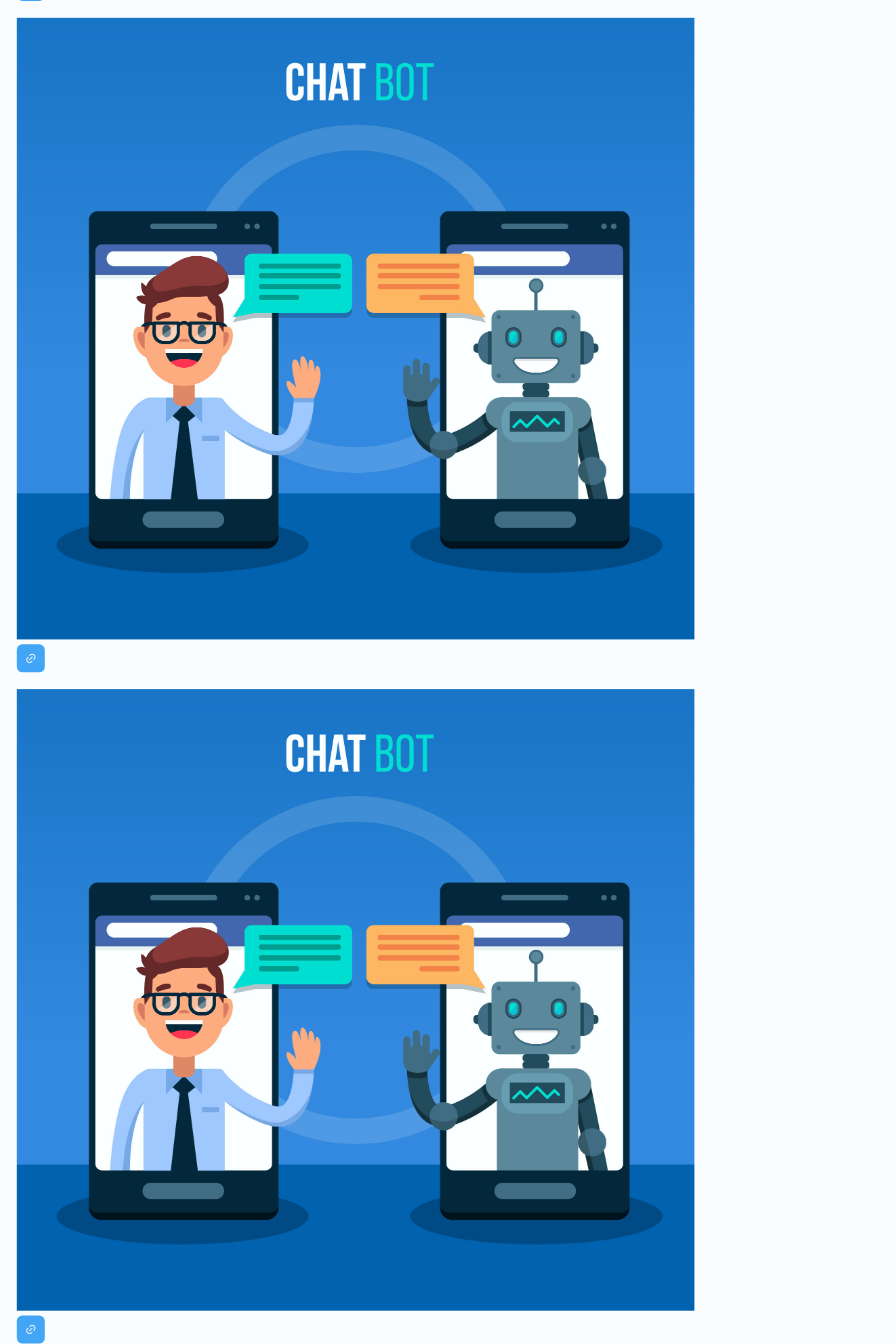
Repository: Kaii-Dev/Porfolio
Page: index.html
These files come from the project's save history. The page is drawn as it stood at one moment and after the next save; the edit follows.
The browser window is 1280 px wide. The pictures show the part of the page from y = 3508 to 5428 px (the page is 5428 px tall before and 4469 px after), at 70% of full size.
A picture or video elsewhere on the page could not be fetched, so the positions and the page height are approximate. Some web libraries are served in a nearby version.

Above is the page before, as saved 2022-04-12 16:25:05.

### index.html
<!DOCTYPE html>
<html lang="en">
  <head>
    <meta charset="UTF-8" />
    <meta http-equiv="X-UA-Compatible" content="IE=edge" />
    <meta name="viewport" content="width=device-width, initial-scale=1.0" />
    <title>Portfolio</title>
    <link
      href="https://cdn.jsdelivr.net/npm/remixicon@2.2.0/fonts/remixicon.css"
      rel="stylesheet"
    />
    <link rel="stylesheet" href="./Assets/css/app.css" />
  </head>
  <body>
    <!-- HEADER PROFILE -->
    <header class="profile container">
      <div class="profile__container grid">
        <div class="profile__data">
          <div class="profile__border">
            <div class="profile__perfil">
              <img src="./Assets/img/perfil.jpeg" alt="" />
            </div>
          </div>

          <h2 class="profile__name">Khai Le</h2>
          <h3 class="profile__profession">Front-End Developer</h3>
          <ul class="profile__social">
            <a
              href="https://www.linkedin.com/in/le-khai-68b2921b0/"
              target="_blank"
              class="profile__social-link"
            >
              <i class="ri-linkedin-box-line"></i>
            </a>
            <a
              href="https://www.facebook.com/lkakaizy"
              target="_blank"
              class="profile__social-link"
            >
              <i class="ri-facebook-circle-line"></i>
            </a>
            <a
              href="https://github.com/Kaii-Dev"
              target="_blank"
              class="profile__social-link"
            >
              <i class="ri-github-line"></i>
            </a>
          </ul>
        </div>
        <div class="profile__info grid">
          <div class="profile__info group">
            <h3 class="profile__info-number">2</h3>
            <p class="profile__info-description">
              Language <br />
              certification
            </p>
          </div>
          <div class="profile__info group">
            <h3 class="profile__info-number">+10</h3>
            <p class="profile__info-description">
              Completed <br />
              projects
            </p>
          </div>
          <div class="profile__info group">
            <h3 class="profile__info-number">1</h3>
            <p class="profile__info-description">
              University's <br />
              scholarship
            </p>
          </div>
        </div>

        <div class="profile__buttons">
          <!-- insert cv -->
          <a download="" href="./Assets/pdf/" class="button">
            Download CV <i class="ri-download-line"></i>
          </a>

          <div class="profile__buttons-small">
            <!-- insert phone number -->
            <a
              href="tel: 0842454228"
              target="_blank"
              class="button button__small button__gray"
            >
              <i class="ri-phone-line"></i>
            </a>
            <a
              href="https://m.me/lkakaizy"
              target="_blank"
              class="button button__small button__gray"
            >
              <i class="ri-messenger-line"></i>
            </a>
          </div>
        </div>
      </div>
    </header>
    <!-- MAIN -->
    <main class="main">
      <section class="filters container">
        <!-- FILTERS TABS -->
        <ul class="filters__contents">
          <button class="filters__button" data-target="#projects">
            Projects
          </button>
          <button class="filters__button" data-target="#skills">Skills</button>
        </ul>
        <div class="filters__sections">
          <!-- PROJECTS -->
          <div class="projects__content grid" data-content id="projects">
             <article>
               <img src="./Assets/img/pic1.jpeg" alt="" class="projects__img" />
               <div class="projects__modal">
                 <div class="">
                   <span class="projects__subtitle">Web</span>
                   <h3 class="projects__title">
                      Music Player</h3>
                   <a href="https://kaii-dev.github.io/Music-player/" class="projects__button button button__small">
                     <i class="ri-link"></i>
                   </a>
                 </div>
               </div>
             </article>

             <article>
               <img src="./Assets/img/pic1.jpeg" alt="" class="projects__img" />
               <div class="projects__modal">
                 <div class="">
                   <span class="projects__subtitle">Web</span>
                   <h3 class="projects__title">Covid ChatBot</h3>
                   <a href="https://kaii-dev.github.io/Covid-ChatBot/" class="projects__button button button__small">
                     <i class="ri-link"></i>
                   </a>
                 </div>
               </div>
             </article>
            <article>
              <img src="./Assets/img/pic1.jpeg" alt="" class="projects__img" />
              <div class="projects__modal">
                <div class="">
                  <span class="projects__subtitle">Web</span>
                  <h3 class="projects__title">To do list</h3>
                  <a href="https://kaii-dev.github.io/TO-DO-LIST/" class="projects__button button button__small">
                    <i class="ri-link"></i>
                  </a>
                </div>
              </div>
            </article>

            <article>
              <img src="./Assets/img/pic1.jpeg" alt="" class="projects__img" />
              <div class="projects__modal">
                <div class="">
                  <span class="projects__subtitle"></span>
                  <h3 class="projects__title"></h3>
                  <a href="" class="projects__button button button__small">
                    <i class="ri-link"></i>
                  </a>
                </div>
              </div>
            </article>

            <article>
              <img src="./Assets/img/pic1.jpeg" alt="" class="projects__img" />
              <div class="projects__modal">
                <div class="">
                  <span class="projects__subtitle"></span>
                  <h3 class="projects__title"></h3>
                  <a href="" class="projects__button button button__small">
                    <i class="ri-link"></i>
                  </a>
                </div>
              </div>
            </article>

          </div>
          <!-- SKILLS -->
          <div class="skills__content grid" data-content id="skills"></div>
        </div>
      </section>
    </main>
    <!-- FOOTER -->
    <footer class="footer container"></footer>
    <!-- SCROLL REVEAL -->
    <script src="./Assets/js/app.js"></script>
  </body>
</html>

### Assets/css/app.css
/* GOOGLE FONT */
@import url("https://fonts.googleapis.com/css2?family=Poppins:wght@400;500;600&display=swap");
/* VAR CSS */
:root {
  --hue: 207;
  --sat: 90%;
  --lig: 61%;

  --first-color: hsl(var(--hue), var(--sat), var(--lig));
  --first-color-alt: hsl(var(--hue), var(--sat), 57%);
  --title-color: hsl(var(--hue), 12%, 15%);
  --text-color: hsl(var(--hue), 12%, 45%);
  --text-color-light: hsl(var(--hue), 8%, 75%);
  --text-color-lighten: hsl(var(--hue), 8%, 92%);
  --body-color: hsl(var(--hue), 100%, 99%);
  --container-color: #fff;
  /* font and typography */
  --body-font: "Poppins", sans-serif;
  --h2-font-size: 1.25rem;
  --h3-font-size: 1rem;
  --normal-font-size: 0.938rem;
  --small-font-size: 0.813rem;
  --smaller-font-size: 0.75rem;
}

/* responsive  */
@media screen and (min-width: 986px) {
  :root {
    --h2-font-size: 1.5rem;
    --h3-font-size: 1.25rem;
    --normal-font-size: 1rem;
    --small-font-size: 0.875rem;
    --smaller-font-size: 0.813rem;
  }
}
/*  CSS */
*,
*::before,
*::after {
  box-sizing: border-box;
}
* {
  margin: 0;
}

* {
  box-sizing: border-box;
  padding: 0;
  margin: 0;
}

body {
  font-family: var(--body-font);
  font-size: var(--normal-font-size);
  background-color: var(--body-color);
  color: var(--text-color);
  transition: 0.3s; /* For animation dark mode */
}

h1,
h2,
h3 {
  color: var(--title-color);
  font-weight: 600;
}

ul {
  list-style: none;
}

a {
  text-decoration: none;
}

img {
  max-width: 100%;
  height: auto;
}

/* REUSEBALE CSS */

.container {
  max-width: 968px;
  margin-left: 1.5rem;
  margin-right: 1.5rem;
}
.grid {
  display: grid;
  gap: 1.5rem;
}

/* PROFILE */
.profile {
  position: relative;
  padding-top: 3.5rem;
}

.profile__container {
  row-gap: 2rem;
}

.profile__data {
  display: grid;
  text-align: center;
}

.profile__perfil {
  width: 100px;
  height: 100px;
  background: linear-gradient(
    180deg,
    hsla(var(--hue), var(--sat), var(--lig), 1) 0%,
    hsla(var(--hue), var(--sat), var(--lig), 0.2) 100%
  );
  border-radius: 50%;
  overflow: hidden;
  display: flex;
  align-items: flex-end;
  justify-content: center;
}

.profile__perfil img {
  width: 75px;
}

.profile__border {
  border: 3.5px solid var(--first-color);
  justify-self: center;
  border-radius: 50%;
  display: grid;
  place-items: center;
  margin-bottom: 0.75rem;
}

.profile__name {
  font-size: var(--h2-font-size);
}
.profile__profession {
  font-size: var(--smaller-font-size);
  font-weight: 500;
  color: var(--text-color);
  margin-bottom: 1rem;
}

.profile__social {
  display: flex;
  justify-content: center;
  column-gap: 0.75rem;
  padding: 0 0 0 0px;
}

.profile__social-link {
  font-size: 1.25rem;
  color: var(--title-color);
  transition: 0.3s;
}
.profile__social-link:hover {
  color: var(--first-color);
}

.profile__info {
  grid-template-columns: repeat(3, max-content);
  justify-content: center;
  column-gap: 2.5rem;
}

.profile__info-group {
  font-size: var(--normal-font-size);
  margin-bottom: 0.25rem;
}

.profile__info-description {
  font-size: var(--smaller-font-size);
  font-weight: 500;
}
.profile__buttons,
.profile__buttons-small {
  display: flex;
  align-items: center;
  justify-content: center;
}

.profile__buttons {
  column-gap: 1rem;
}
.profile__buttons-small {
  column-gap: 0.25rem;
}
/* BUTTONS */

.button {
  display: inline-flex;
  align-items: center;
  column-gap: 0.5rem;
  background-color: var(--first-color);
  color: #fff;
  padding: 1.15rem 1.5rem;
  border-radius: 0.5rem;
  transition: 0.3s;
  box-shadow: 0 8px 24px hsla(var(--hue), var(--sat), var(--lig), 0.25);
}

.button:hover {
  background-color: var(--first-color-alt);
}

.button__small {
  padding: 0.75rem;
  box-shadow: none;
}

.button__gray {
  background-color: var(--text-color-lighten);
  color: var(--title-color);
}

.button__gray:hover {
  background-color: var(--text-color-ligh);
  color: var(--title-color);
}

Loaded but not shown: Assets/js/app.js (no copy from this time; the picture is the same without it)

After the next save:
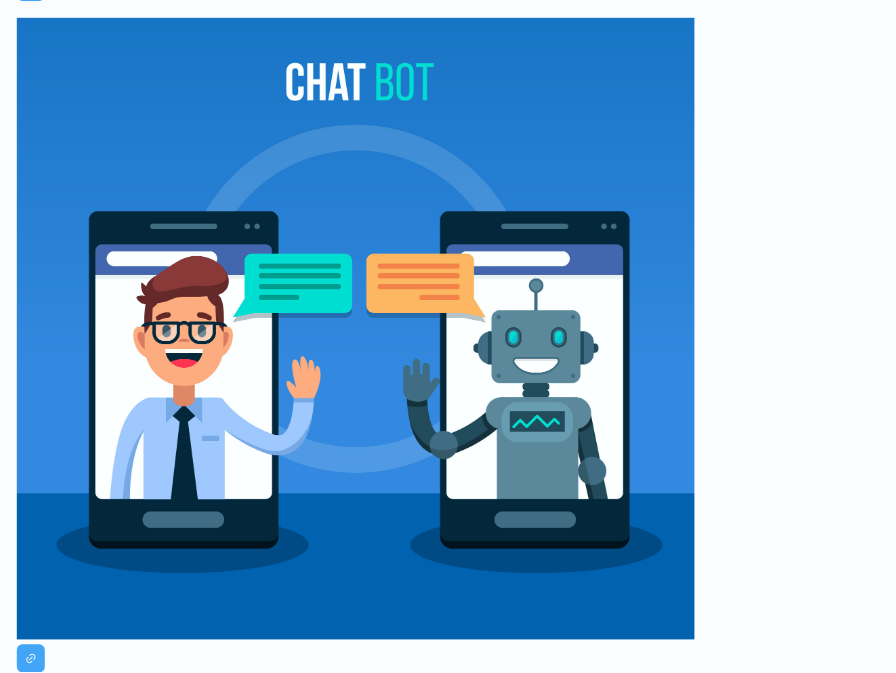
Saved 5 s later.
--- a/index.html
+++ b/index.html
@@ -163,18 +163,7 @@
               </div>
             </article>
 
-            <article>
-              <img src="./Assets/img/pic1.jpeg" alt="" class="projects__img" />
-              <div class="projects__modal">
-                <div class="">
-                  <span class="projects__subtitle"></span>
-                  <h3 class="projects__title"></h3>
-                  <a href="" class="projects__button button button__small">
-                    <i class="ri-link"></i>
-                  </a>
-                </div>
-              </div>
-            </article>
+
 
           </div>
           <!-- SKILLS -->
